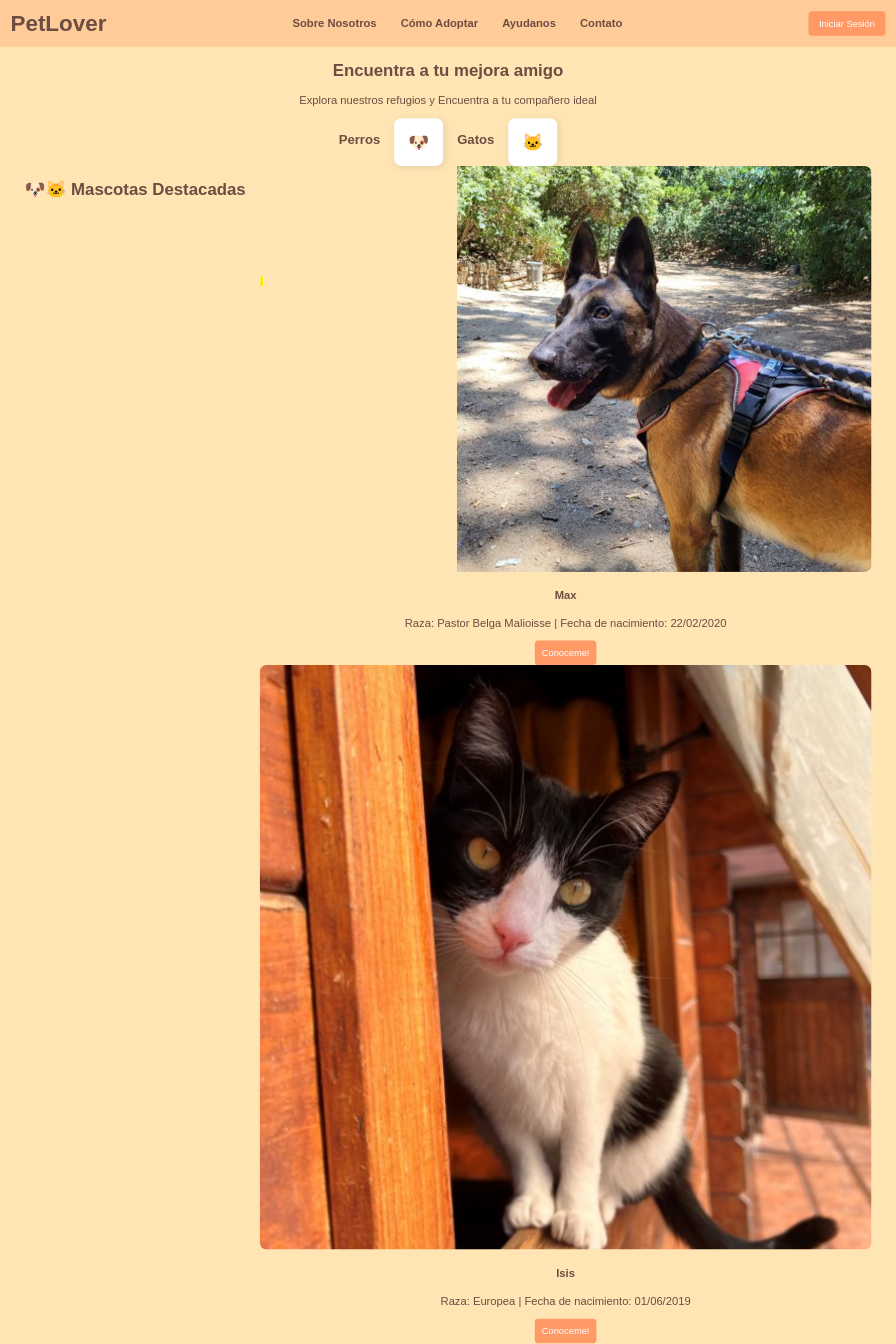
Repository: adriarodrisan/PetLover
Page: Paginas_web/Home_Petlover.html
An editor plug-in stored every save of this project. The page is shown before and after the next save, followed by the edit.
The browser window is 1280 px wide. The pictures show the part of the page from y = 0 to 1920 px (the page is 5960 px tall before and 6260 px after), at 70% of full size.

Above is the page before, as saved 2025-02-14 18:55:27.

After the next save:
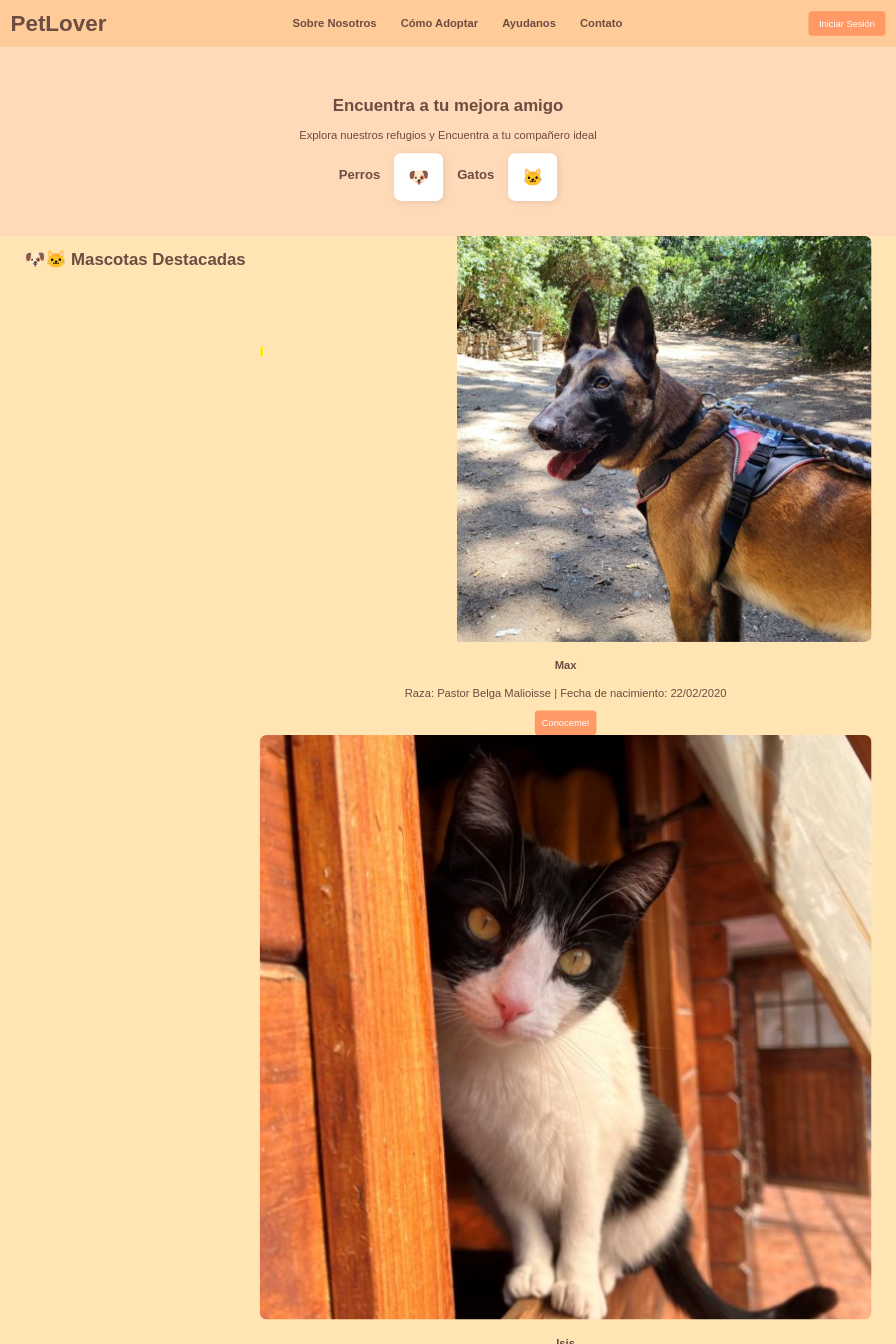
Saved 86 s later.
--- a/Css_Paginas/Home_Petlover.css
+++ b/Css_Paginas/Home_Petlover.css
@@ -32,7 +32,7 @@
 .boton_autenticacion:hover{
     background-color: #FF7043;
 }
-.seccion-principal{
+.heroes{
     background-color: #ffdab9;
     padding: 50px 20px;
 }
